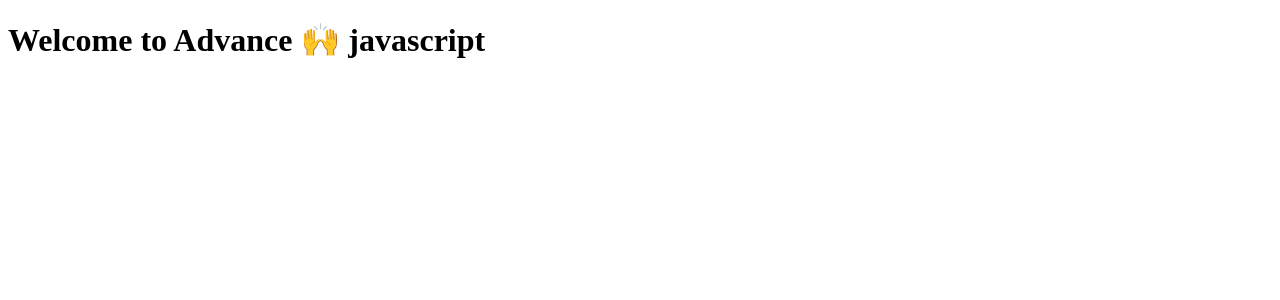
Repository: Gulzarokz/Advance_javascript
Page: index.html
An editor plug-in stored every save of this project. The page is shown before and after the next save, followed by the edit.
The browser window is 1280 px wide. The pictures show the whole page.

Above is the page before, as saved 2026-01-01 22:37:47.

### index.html
<!DOCTYPE html>
<html lang="en">

<head>
    <meta charset="UTF-8">
    <meta name="viewport" content="width=device-width, initial-scale=1.0">
    <title>Advance 🙌 javascript</title>
</head>

<body>
    <h1>Welcome to Advance 🙌 javascript</h1>

    <script src="./index.js"></script>
</body>

</html>

### index.js
// This is the main JavaScript file for the Advance 🙌 javascript project
//var, let and const
//two versions of javascript
//ES5 - 2009
//ES6 old var, let - 2015 new version const and let

// we will used both version of es6 and es5
// es5 - var
// es6 - let and const
// difference between var, let and const
// 1. var is function scoped
// var add self into window object
// function testVar() {
//     for (var i = 0; i < 5; i++) {
//         console.log(i);
//     }
//     console.log(i);

// }
// testVar();
//    let are  block scoped
// let con't add self into window object
// function testLet() {
//     for (let i = 0; i < 5; i++) {
//         console.log(i);
//     }
//     console.log(i);

// }
// testLet();
// 2. var can be re-declared and updated
//    let can be updated but not re-declared
//    const can neither be updated nor re-declared
//

// practical of var, let and const

// var a = 10;
// var a = 20; // re-declared
// a = 30; // updated
// console.log("var a:", a); // 30
// scopping difference
// if (1 == 1) {
//     var x = 10; // function scoped
// }
// console.log(x);

// let
// let b = 10;
// let b = 15; // re-declared error
// b = 20; // updated
// console.log(b);
// if (1 == 1) {
//     let x = 10; // function scoped
//     console.log(x);

// }
// console.log(x);

// const  cannot be updated or re-declared
// const c = 10;
// const c = 20;
// c = 30;
// console.log(c);

// if (1 == 1) {
//     const  x = 10; // function scoped
//     console.log(x);

// }
// console.log(x);
// ====================================================================
// Templete Literals
// ======================================

// var user = "John";
// var greeting = "Hello " + user; before es6 and template literals
// var greeting = `Hello ${user}; welcome to template literals`
// console.log(greeting);

// used in function
// var fName = "John";
// var lName = "Doe";
// function fullName(fName, lName) {
//     return `Your full name is ${fName} ${lName}`;
// }

// let result = fullName(fName, lName);
// console.log(result);

//  ====================================================================
// Arrow Functions
// ======================================
//  funcation add(a, b) { normal function
//         return a + b;
//  }
//  add(5, 10); // 15

// let add = function(a, b){ // function expression
//     return a + b;
// }
// add(5, 10); // 15
//  arrow function
// let add = (a, b) => {
//     return a + b;
// }
// let result = add(5, 10); // 15
// console.log(result);

//  ====================================================================
// Rest operator
// ======================================

// let sum = (name, ...args) => {

//     console.log(`Hello ${name}`);
//     let sum = 0;
//     for (let i in args) {
//         sum += args[i];
//     }
//     return sum;
// }
// console.log(sum("John", 1, 2, 3, 4, 5)); // 15

//  ====================================================================
// var , let , const
// ======================================

// var a = "I am var";
// var a = "Hello " can be re-declared
// a = "world"       can be re-assign
// console.log(a);

// const
// const a = "I am const";
// // var a = "Hello " cannot be re-declared
// // a = "world"      cannot be re-assign
// console.log(a);
// // a = "world"
// console.log(a);

// let

// let a = "i am let";
// let a = "world";  cannot be re-declared
// a = "hello";      // can be re-assign
// a = "hello";
// console.log(a);

// if (1 == 1) {
//     var a = "hello"
//     console.log(a);

// }
// console.log(a);

// if (1 == 1) {
//     let a = "hello"
//     console.log(a);

// }
// console.log(a);


// if (1 == 1) {
//     const a = "hello"
//     console.log(a);

// }
// console.log(a);

// templet staring and templet literals

// let user = "gulzar khan";
// let marks = 550;
// // console.log("Hello" +  user);
// // console.log(`Hello ${user}, welcome to templet literals`);
// console.log(`Hello ${user}, your marks is = ${marks}`);

// let fName = "Gulzar";
// let lName = "Khan";

// function fullName(fName, lName) {
//     return `your fullName is ${fName} ${lName}`;
// }

// let result = fullName(fName, lName);
// console.log(result);

// rest operator

function sum(name, ...args) {
    let sum = 0;

    for (let i in args) {
        sum += args[i]
    }
    // console.log(sum);
    console.log(`Hello ${name}, sum is = ${sum}`);


}

sum("John", 23, 21, 34)
sum("John", 23, 21)

After the next save:
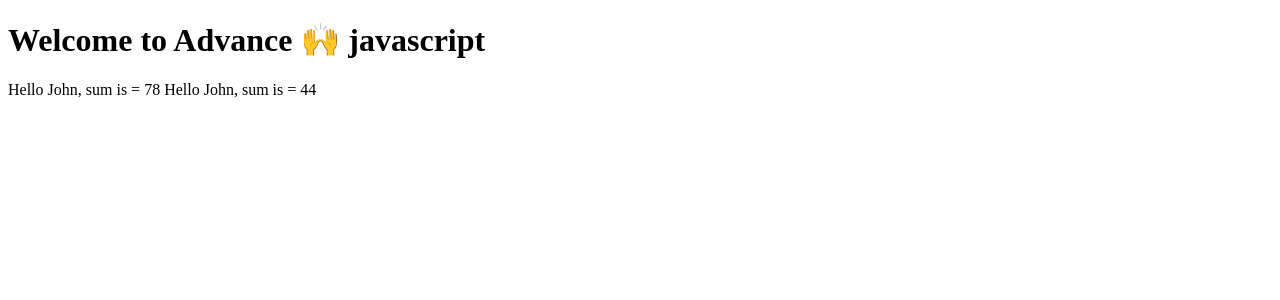
Saved 3 min 29 s later.
--- a/index.js
+++ b/index.js
@@ -196,7 +196,7 @@ function sum(name, ...args) {
         sum += args[i]
     }
     // console.log(sum);
-    console.log(`Hello ${name}, sum is = ${sum}`);
+    document.writeln(`Hello ${name}, sum is = ${sum}`);
 
 
 }
